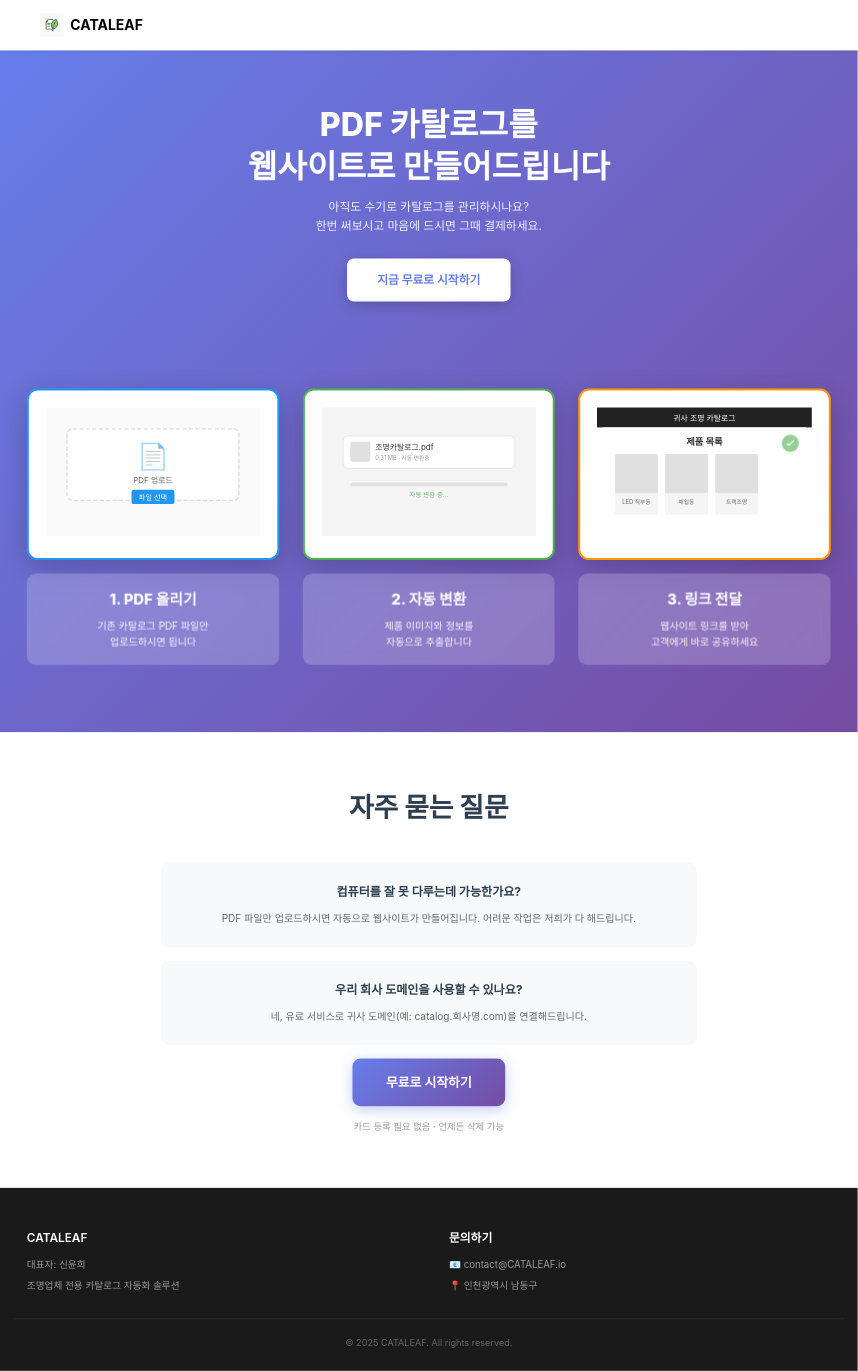
Repository: ororso11/catamaster
Page: frontend/public/index.html
These files come from the project's save history. The page is drawn as it stood at one moment and after a run of saves; the edit follows.
The browser window is 1280 px wide. The pictures show the whole page, at 67% of full size.

Above is the page before, as saved 2025-10-05 20:23:06.

After the next 2 saves:
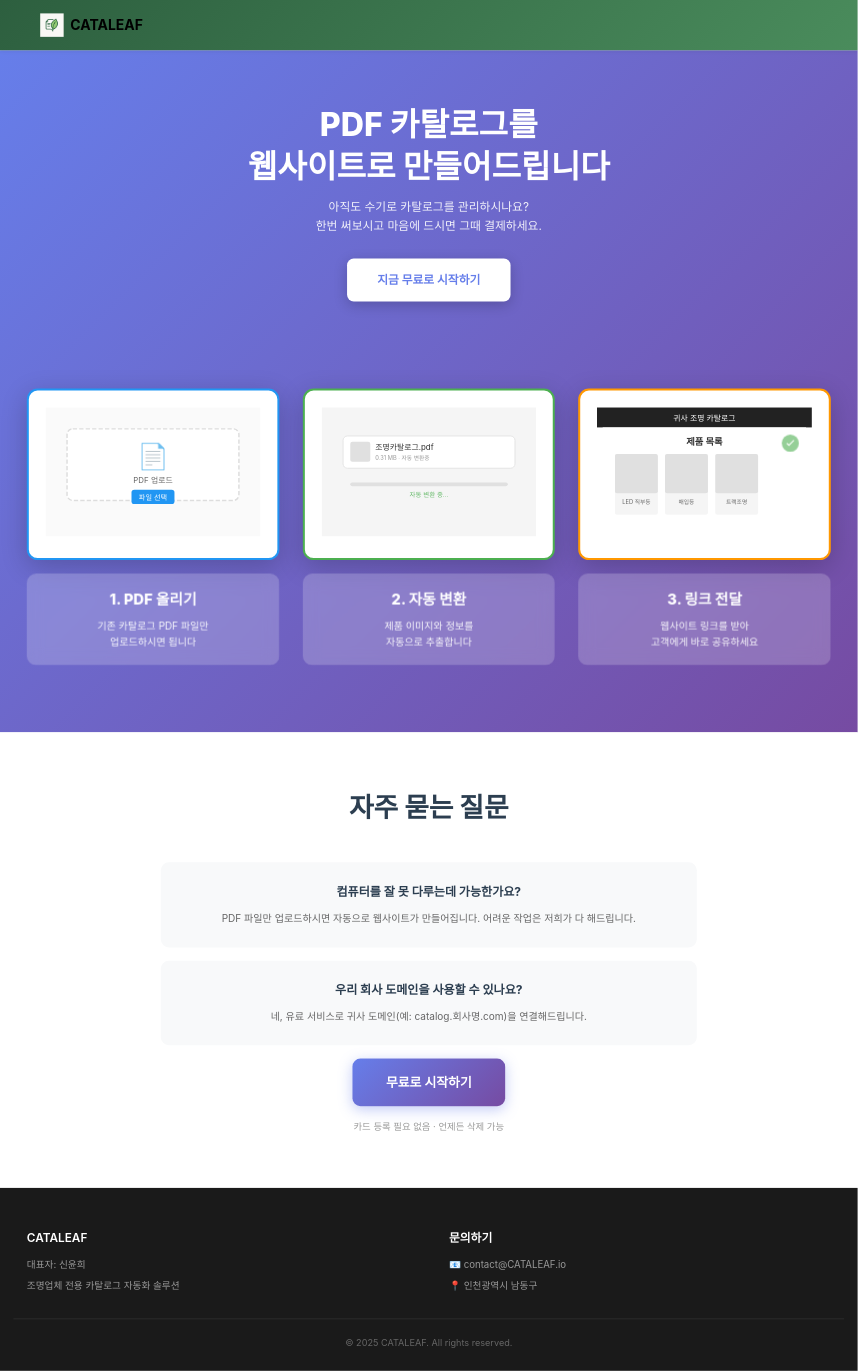
The 2 saves are shown as one change because they came seconds apart.
The last was saved 110 s later.
--- a/frontend/public/style.css
+++ b/frontend/public/style.css
@@ -13,7 +13,8 @@
 
 /* Header */
 header {
-    background: white;
+    /* background: white; */
+     background: linear-gradient(135deg, #2d5f3f 0%, #4a8c5c 100%);
     padding: 20px 0;
     box-shadow: 0 2px 5px rgba(0,0,0,0.05);
     position: sticky;

After the save that followed:
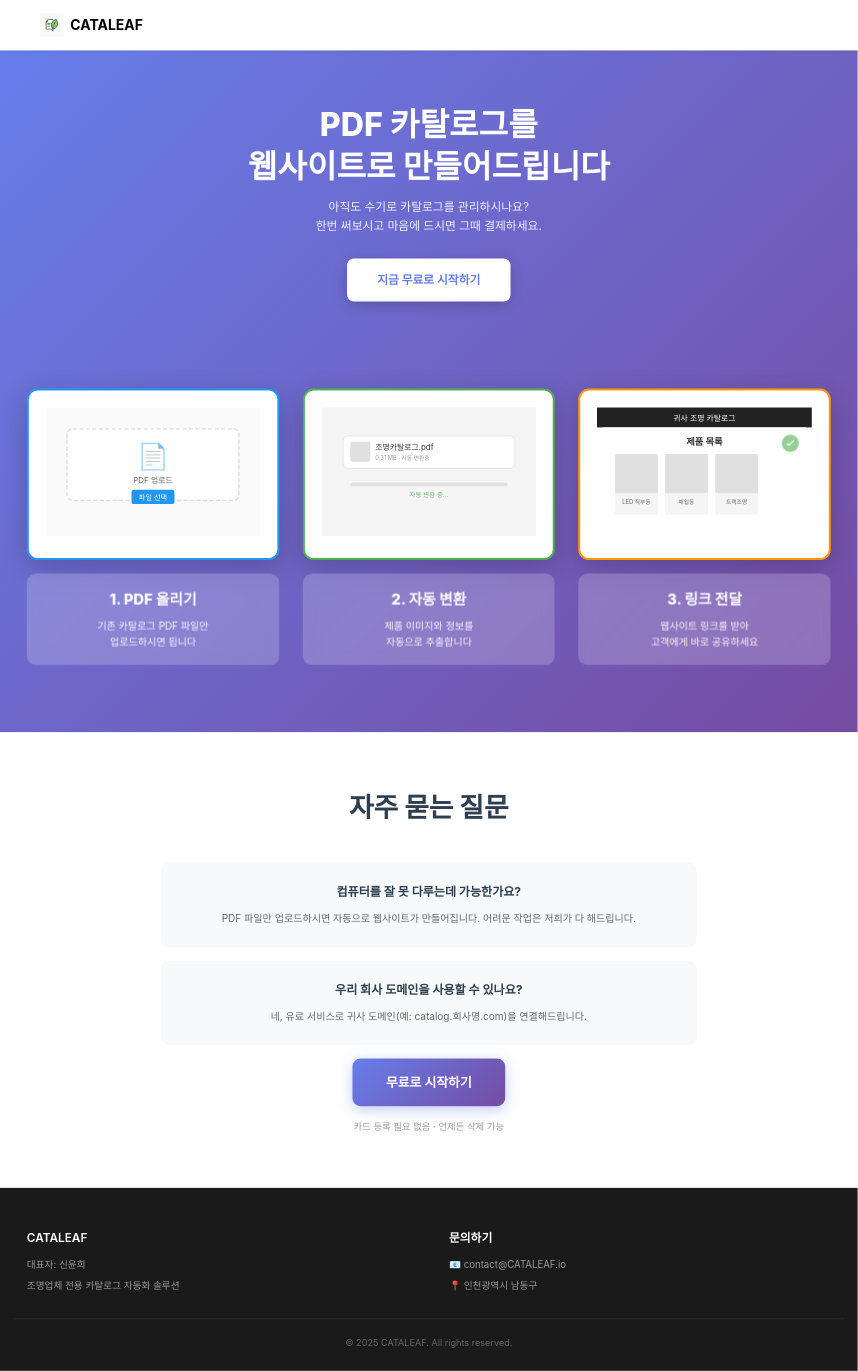
Saved 13 s later.
--- a/frontend/public/style.css
+++ b/frontend/public/style.css
@@ -13,8 +13,7 @@
 
 /* Header */
 header {
-    /* background: white; */
-     background: linear-gradient(135deg, #2d5f3f 0%, #4a8c5c 100%);
+    background: white;
     padding: 20px 0;
     box-shadow: 0 2px 5px rgba(0,0,0,0.05);
     position: sticky;
